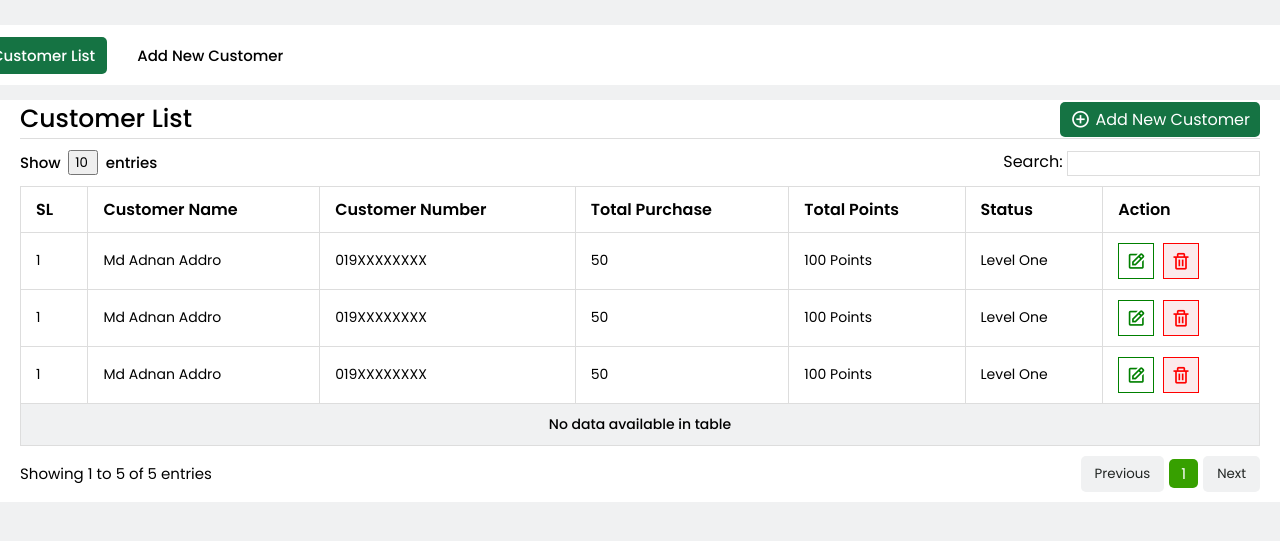
Repository: codebyaddro/customer-page
Page: customer.html
An editor plug-in stored every save of this project. The page is shown before and after a run of saves, followed by the edit.
The browser window is 1280 px wide. The pictures show the whole page.

Above is the page before, as saved 2025-02-20 14:28:54.

After the next 2 saves:
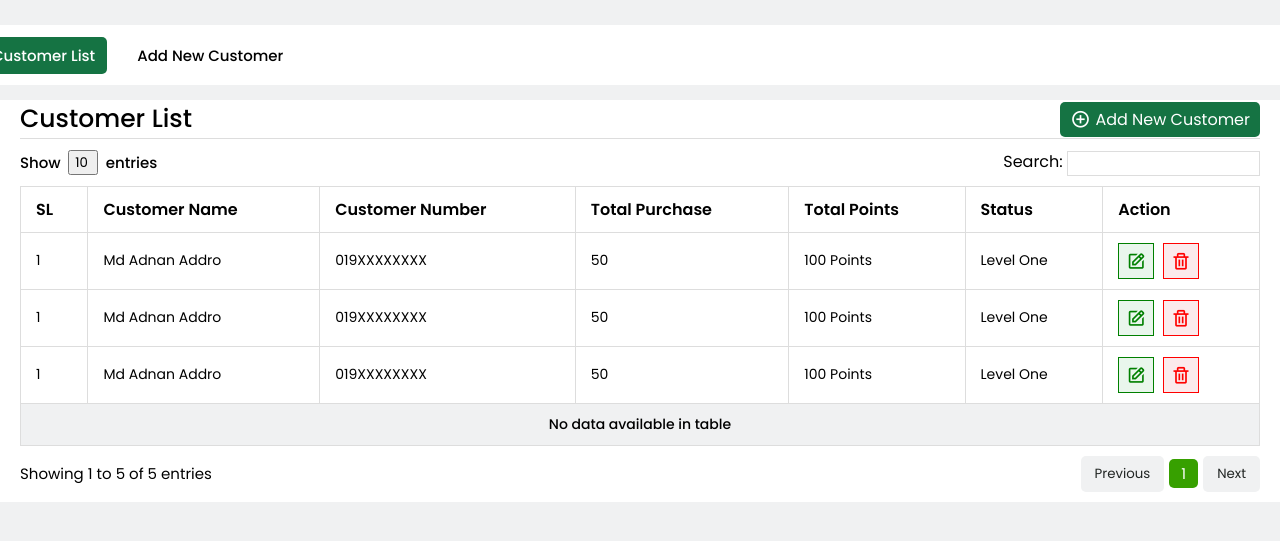
The 2 saves are shown as one change because they came seconds apart.
The last was saved 5 s later.
--- a/css/customer.css
+++ b/css/customer.css
@@ -252,7 +252,7 @@ tbody tr:hover {
 
 .cba-cusc-edit-icon {
     color: var(--green);
-    background-color: var(--light-green);
+    background-color: var(--lt-green);
     padding: 7px 7px;
     margin-right: 2.5px;
     border: 1px solid var(--green);
